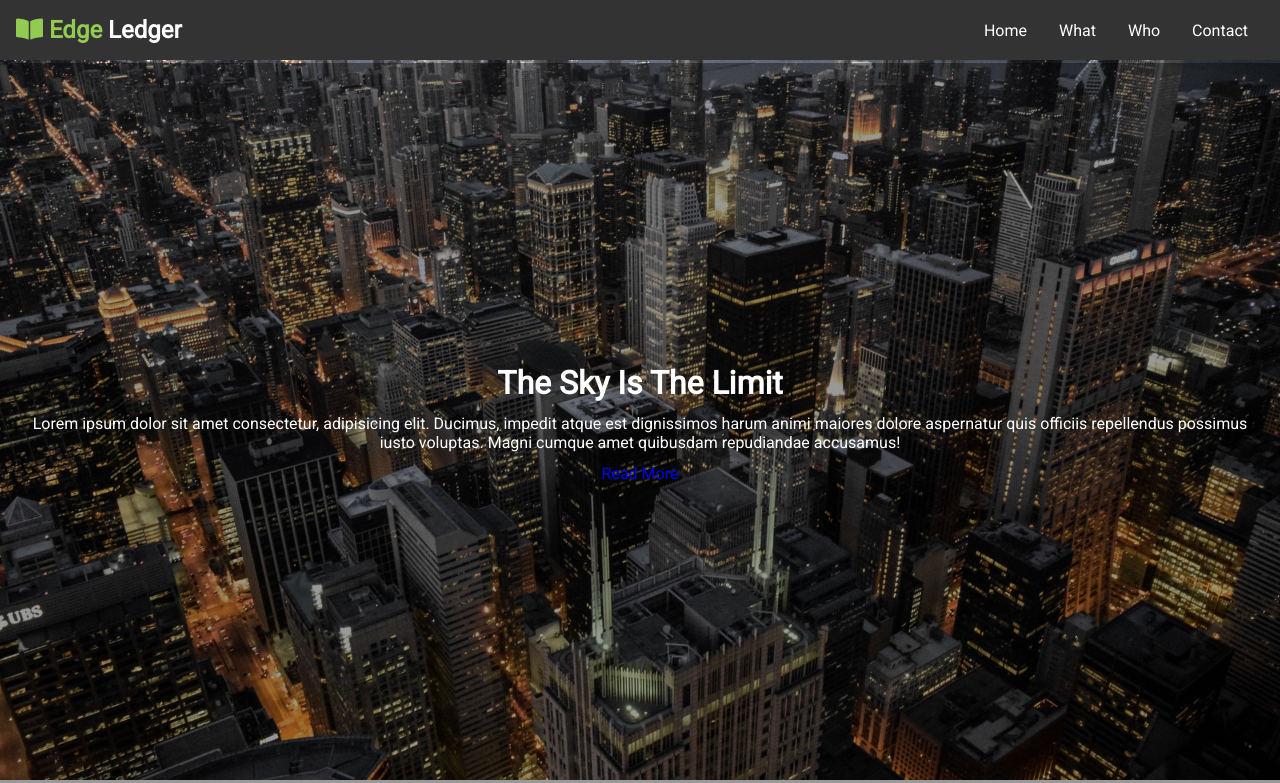
Repository: minhtien9/EdgeLedger-Financial-Web
Page: index.html
An editor plug-in stored every save of this project. The page is shown before and after the next save, followed by the edit.
The browser window is 1280 px wide. The pictures show the whole page.

Above is the page before, as saved 2021-08-16 21:59:07.

After the next save:
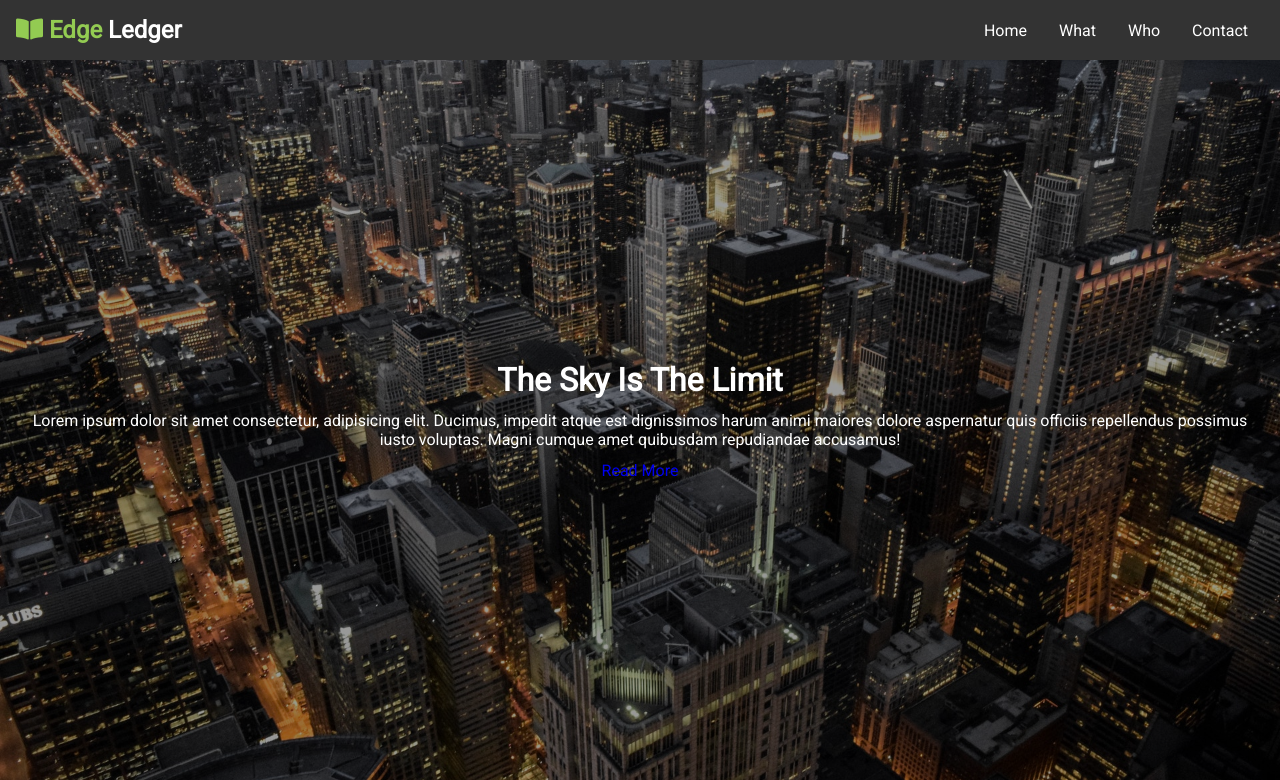
Saved 5 s later.
--- a/css/style.css
+++ b/css/style.css
@@ -74,7 +74,7 @@
     padding: 0 2rem;
     /* Overlay */
     position: absolute;
-    top: 63px;
+    top: 60px;
     left: 0;
     background-color: rgba(0, 0, 0, 0.4);
 }
